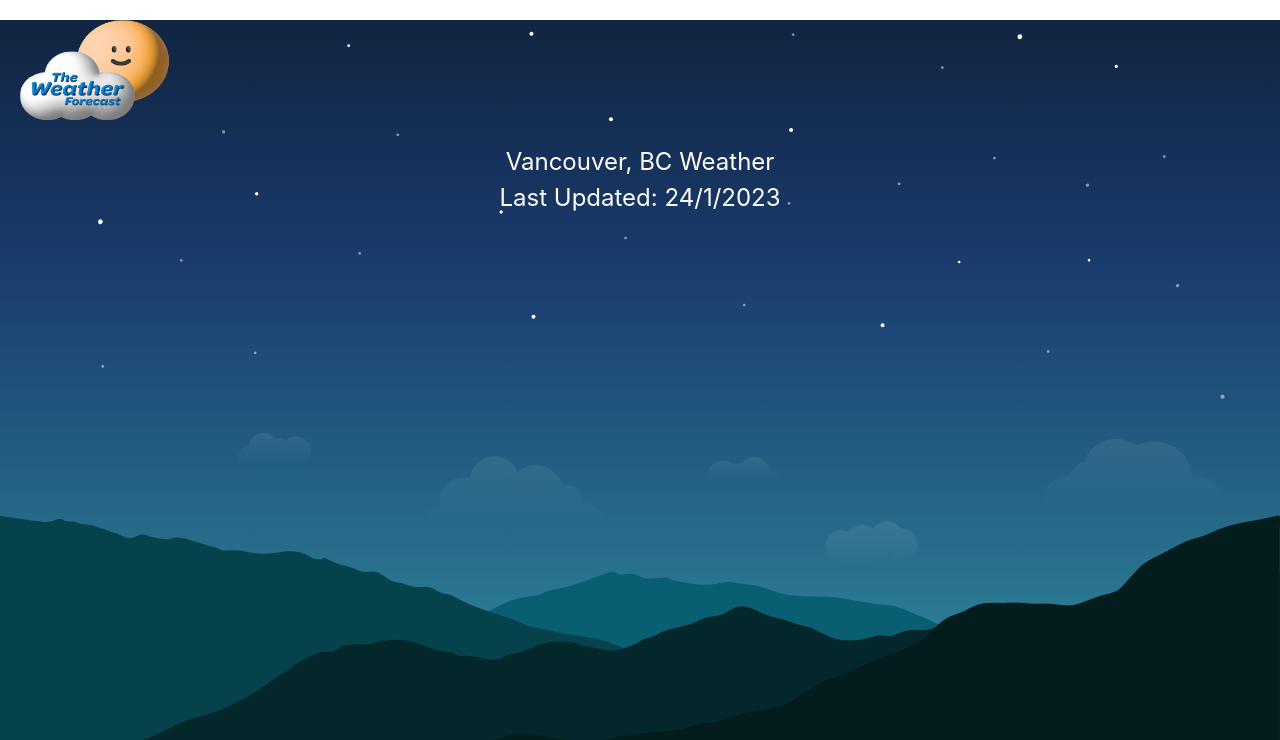
Repository: marianfran/weather-api-version2
Page: /
The author's editor kept a copy of each file at every save. The page is drawn from the files as they stood at one save, then again after the next save.
The browser window is 1280 px wide. The pictures show the whole page.
Backgrounds fixed to the window are drawn as part of the page. The project was rebuilt for these pictures with package versions that can differ from the ones it lists, and the page was loaded fresh each time. The framework's server and built-in components were replaced by stand-ins that run in the browser. Also part of the build but not shown: next.config.js.

Above is the page before, as saved 2023-02-22 18:31:28.

After the next save:
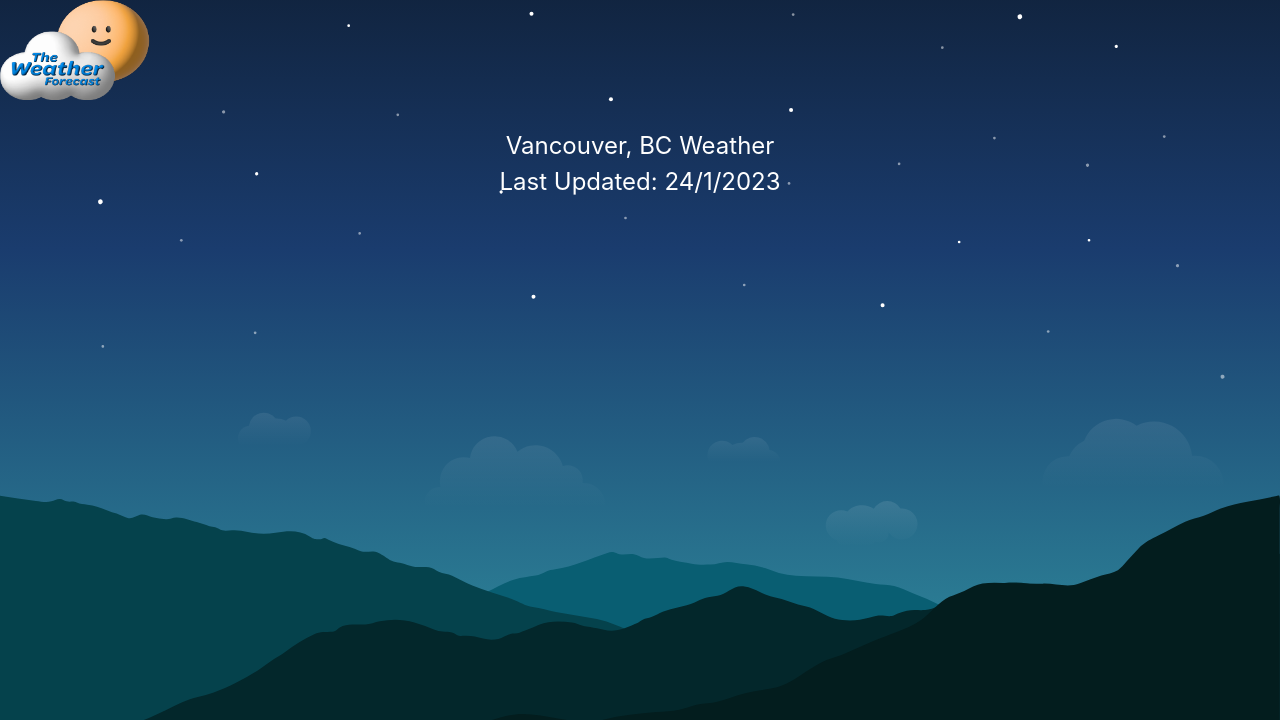
Saved 11 s later.
--- a/styles/Home.module.css
+++ b/styles/Home.module.css
@@ -9,11 +9,6 @@
 }
 
 .logo {
-  display: flex;
-  align-self: center;
-  align-items: center;
-  justify-content: center;
-  margin: 20px
 
 }
 
